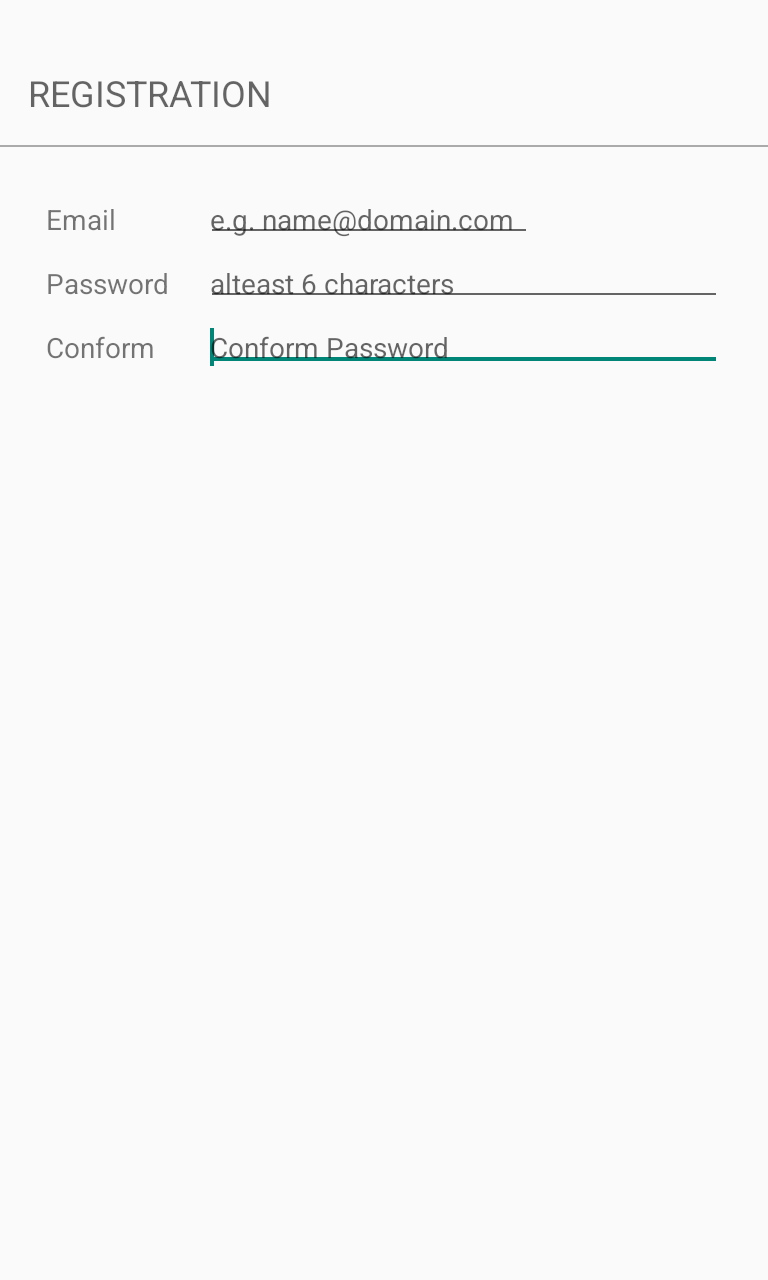
Repository: lMayuraDevani/BrentBrown
Layout: BrentBrown/res/layout/register.xml
An editor plug-in stored every save of this project. The layout is shown before and after a run of saves, followed by the edit.
It is drawn on a 768 x 1280 px phone screen (xhdpi) without system bars, with theme AppTheme; the app's code is not run.

Above is the layout before, as saved 2014-11-12 09:26:37.

### BrentBrown/res/layout/register.xml
<?xml version="1.0" encoding="utf-8"?>
<LinearLayout xmlns:android="http://schemas.android.com/apk/res/android"
    android:layout_width="match_parent"
    android:layout_height="match_parent"
    android:orientation="vertical" >


    <TextView
        android:id="@+id/textView1"
        android:layout_width="wrap_content"
        android:layout_height="wrap_content"
        android:layout_marginTop="20dp"
        android:padding="14dp"
        android:text="@string/registration_lable"
        android:textAppearance="?android:attr/textAppearanceMedium" />


    <View
	   android:layout_width="fill_parent"
	   android:layout_height="1dp"
	   android:background="@android:color/darker_gray" />

    <LinearLayout
                android:layout_width="fill_parent"
                android:layout_height="wrap_content"
                android:padding="20dp"
                android:orientation="vertical" >

      <LinearLayout
                android:layout_width="fill_parent"
                android:layout_height="wrap_content"
                android:padding="2dp"
                android:orientation="horizontal" >

                <TextView
                    android:id="@+id/emaillbl"
                    android:layout_width="80dp"
                    android:layout_height="wrap_content"
                    android:layout_gravity="center"
                    android:padding="01dp"
                    android:text="Email"
                    android:textAppearance="?android:attr/textAppearanceSmall" />

                <EditText
                    android:id="@+id/emailtxt"
                    android:layout_width="wrap_content"
                    android:layout_height="wrap_content"
                    android:ems="10"
                    android:hint="e.g. name@domain.com"
                    android:padding="3dp"
                    android:textAppearance="?android:attr/textAppearanceSmall"
                    android:textColor="#CDCCCD" >

                    <requestFocus />
                </EditText>
            </LinearLayout>

      <LinearLayout
                android:layout_width="fill_parent"
                android:layout_height="wrap_content"
                android:padding="2dp"
                android:orientation="horizontal" >

                <TextView
                    android:id="@+id/pass"
                    android:layout_width="80dp"
                    android:layout_height="wrap_content"
                    android:layout_gravity="center"
                    android:padding="01dp"
                    android:text="Password"
                    android:textAppearance="?android:attr/textAppearanceSmall" />

                  <EditText
                    android:id="@+id/passwordtxt"
                    android:layout_width="match_parent"
                    android:layout_height="wrap_content"
                    android:ems="10"
                    android:hint="alteast 6 characters"
                    android:inputType="textPassword"
                    android:padding="3dp"
                    android:textAppearance="?android:attr/textAppearanceSmall"
                    android:textColor="#CDCCCD" >

                    <requestFocus />
                </EditText>
            </LinearLayout>
            <LinearLayout
                android:layout_width="fill_parent"
                android:layout_height="wrap_content"
                android:padding="2dp"
                android:orientation="horizontal" >

                <TextView
                    android:id="@+id/conformpass"
                    android:layout_width="80dp"
                    android:layout_height="wrap_content"
                    android:layout_gravity="center"
                    android:padding="01dp"
                    android:text="Conform"
                    android:textAppearance="?android:attr/textAppearanceSmall" />

                <EditText
                    android:id="@+id/cpasswordtxt"
                    android:layout_width="match_parent"
                    android:layout_height="wrap_content"
                    android:ems="10"
                    android:hint="Conform Password"
                    android:inputType="textPassword"
                    android:padding="3dp"
                    android:textAppearance="?android:attr/textAppearanceSmall"
                    android:textColor="#CDCCCD" >

                    <requestFocus />
                </EditText>
            </LinearLayout>
      </LinearLayout>

</LinearLayout>

### BrentBrown/res/values/styles.xml
<resources xmlns:android="http://schemas.android.com/apk/res/android">

    <style name="AppBaseTheme" parent="Theme.AppCompat"></style>

    <!-- Application theme. -->
    <style name="AppTheme" parent="AppBaseTheme">
        <item name="actionBarStyle">@style/CustomizedActionbar</item>
        <item name="actionBarTabStyle">@style/CustomizedActionbarTabs</item>
        <item name="android:actionBarStyle">@style/CustomizedActionbar</item>
        <item name="android:actionBarTabStyle">@style/CustomizedActionbarTabs</item>
    </style>

    <!-- ActionBar styles -->
    <style name="CustomizedActionbar" parent="@style/Widget.AppCompat.ActionBar">
        <item name="android:background">@color/ActionBarColor</item>

        <!-- Support library compatibility -->
        <item name="background">@color/ActionBarColor</item>
        <item name="android:divider">@drawable/tabdivider</item>
    </style>

    <!-- ActionBar tabs styles -->
    <style name="CustomizedActionbarTabs" parent="@style/Widget.AppCompat.ActionBar.TabView">

        <!-- tab indicator -->
        <item name="android:background">@drawable/actionbar_tab_indicator</item>
        <item name="android:divider">@drawable/tabdivider</item>

        <!-- Support library compatibility -->
        <item name="background">@drawable/actionbar_tab_indicator</item>
    </style>

</resources>

### BrentBrown/res/drawable/actionbar_tab_indicator.xml
<?xml version="1.0" encoding="utf-8"?>
<selector xmlns:android="http://schemas.android.com/apk/res/android">

<!-- STATES WHEN BUTTON IS NOT PRESSED -->

    <!-- Non focused states -->
    <item android:state_focused="false" android:state_selected="false"
          android:state_pressed="false"

          android:drawable="@drawable/tab_unselected" />
    <item android:state_focused="false" android:state_selected="true"
          android:state_pressed="false"

          android:drawable="@drawable/tab_selected" />

    <!-- Focused states (such as when focused with a d-pad or mouse hover) -->
    <item android:state_focused="true" android:state_selected="false"
          android:state_pressed="false"
          android:drawable="@drawable/tab_unselected_focused" />
    <item android:state_focused="true" android:state_selected="true"
          android:state_pressed="false"
          android:drawable="@drawable/tab_selected_focused" />


<!-- STATES WHEN BUTTON IS PRESSED -->

    <!-- Non focused states -->
    <item android:state_focused="false" android:state_selected="false"
          android:state_pressed="true"
          android:drawable="@drawable/tab_unselected_pressed" />
    <item android:state_focused="false" android:state_selected="true"
        android:state_pressed="true"
        android:drawable="@drawable/tab_selected_pressed" />

    <!-- Focused states (such as when focused with a d-pad or mouse hover) -->
    <item android:state_focused="true" android:state_selected="false"
          android:state_pressed="true"
          android:drawable="@drawable/tab_unselected_pressed" />
    <item android:state_focused="true" android:state_selected="true"
          android:state_pressed="true"
          android:drawable="@drawable/tab_selected_pressed" />
</selector>

### BrentBrown/res/drawable/tabdivider.xml
<?xml version="1.0" encoding="utf-8"?>
<shape xmlns:android="http://schemas.android.com/apk/res/android"
    android:shape="line"  >

      <size android:width="2dp" android:height="10dp"/>
    <solid android:color="@color/BorderGrayColor" />
    <padding android:left="15dp" android:top="15dp" />

</shape>

### BrentBrown/res/values/color.xml
<?xml version="1.0" encoding="utf-8"?>
<resources>

    <color name="gray_list_item">#E5E5E5</color>
    <color name="gray_backgroound">#EEEEEE</color>
    <color name="gray_border">#b6b6b6</color>
    <color name="ActionBarColor">#25C389</color>
    <color name="BorderGrayColor">#CED8D8</color>
    <color name="OrangeTabColor">#F5963C</color>
    <color name="TurquoiseBlueTabColor">#05AEAA</color>
    <color name="MediumGrayBackColor">#D8D8D8</color>
    <color name="list_item_title">#444444</color>
    <color name="list_item_subtitle">#929292</color>

</resources>

### BrentBrown/res/drawable/tab_unselected.xml
<shape xmlns:android="http://schemas.android.com/apk/res/android"
    android:shape="rectangle" >

    <solid android:color="@color/OrangeTabColor" />

</shape>

### BrentBrown/res/drawable/tab_selected.xml
<?xml version="1.0" encoding="utf-8"?>
<shape xmlns:android="http://schemas.android.com/apk/res/android"
    android:shape="rectangle" >

    <solid android:color="@color/TurquoiseBlueTabColor" />



</shape>

### BrentBrown/res/drawable/tab_unselected_focused.xml
<shape xmlns:android="http://schemas.android.com/apk/res/android"
    android:shape="rectangle" >



   <solid android:color="@color/OrangeTabColor"/>

</shape>

### BrentBrown/res/drawable/tab_selected_focused.xml
<?xml version="1.0" encoding="utf-8"?>
<shape xmlns:android="http://schemas.android.com/apk/res/android"
    android:shape="rectangle" >



 <solid android:color="@color/TurquoiseBlueTabColor" />



</shape>

### BrentBrown/res/drawable/tab_unselected_pressed.xml
<shape xmlns:android="http://schemas.android.com/apk/res/android"
    android:shape="rectangle" >



    <solid android:color="@color/OrangeTabColor" />

</shape>

### BrentBrown/res/drawable/tab_selected_pressed.xml
<?xml version="1.0" encoding="utf-8"?>
<shape xmlns:android="http://schemas.android.com/apk/res/android"
    android:shape="rectangle" >
    <solid android:color="@color/TurquoiseBlueTabColor" />

</shape>

### BrentBrown/res/values/strings.xml
<?xml version="1.0" encoding="utf-8"?>
<resources>

    <string name="app_name"> Brent Brown</string>
    <string name="title_garage"> Garage</string>
    <string name="title_showroom"> Showroom</string>
    <string name="title_specials"> Specials</string>
    <string name="title_tools"> Tools</string>
    <string name="title_extra"> More</string>

    <string name="title_ServiceHistory">Service</string>
    <string name="title_Appointments">Appontments</string>
    <string name="title_Message">Message</string>

    <string name="hello_world">Hello world!</string>
    <string name="action_settings">Settings</string>

    <string name="menu_settings">Settings</string>
    <string name="pull_to_refresh_pull_label">Pull to refresh...</string>
    <string name="pull_to_refresh_release_label">Release to refresh...</string>
    <string name="pull_to_refresh_refreshing_label">Loading...</string>
    <string name="pull_to_refresh_tap_label">Tap to refresh...</string>
    <string name="registration_lable">REGISTRATION</string>


</resources>

Loaded but not shown: BrentBrown/res/values-v11/styles.xml (common file); BrentBrown/res/values-v14/styles.xml (common file)

After the next 2 saves:
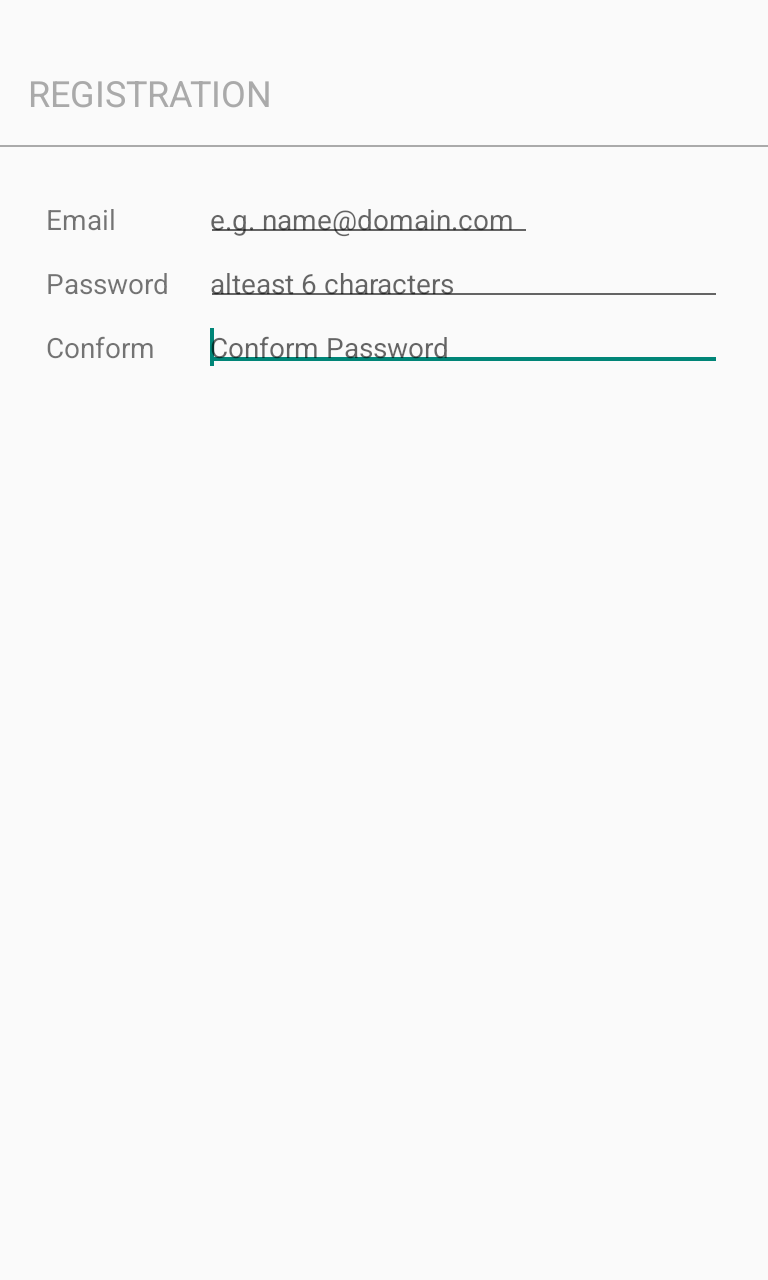
The 2 saves are shown as one change because 1 did not build or start.
The last was saved 46 s later.
--- a/BrentBrown/res/layout/register.xml
+++ b/BrentBrown/res/layout/register.xml
@@ -12,6 +12,7 @@
         android:layout_marginTop="20dp"
         android:padding="14dp"
         android:text="@string/registration_lable"
+        android:textColor="@android:color/darker_gray"
         android:textAppearance="?android:attr/textAppearanceMedium" />
 
 
